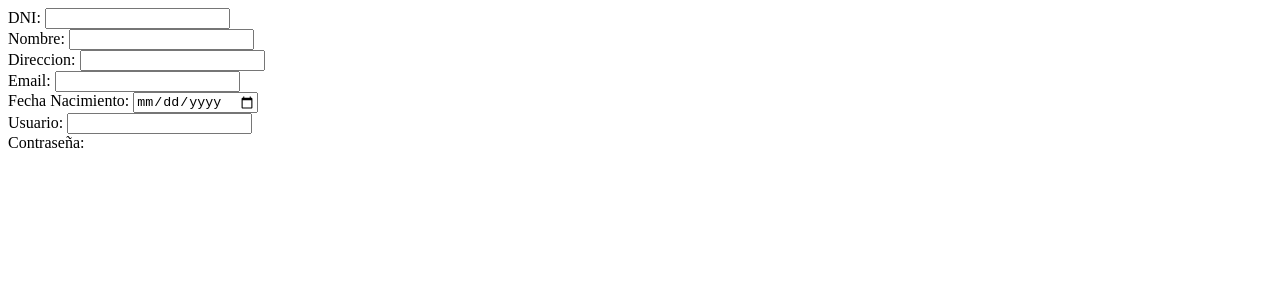
Repository: ProSoft-PDSI/sdsddo
Page: http://localhost/sdsr/Registro.jsp
These files come from the project's save history. The page is drawn as it stood at one moment and after the next save; the edit follows.
The browser window is 1280 px wide. The pictures show the whole page.
The page is served by Tomcat 9.

Above is the page before, as saved 2014-07-16 20:02:33.

After the next save:
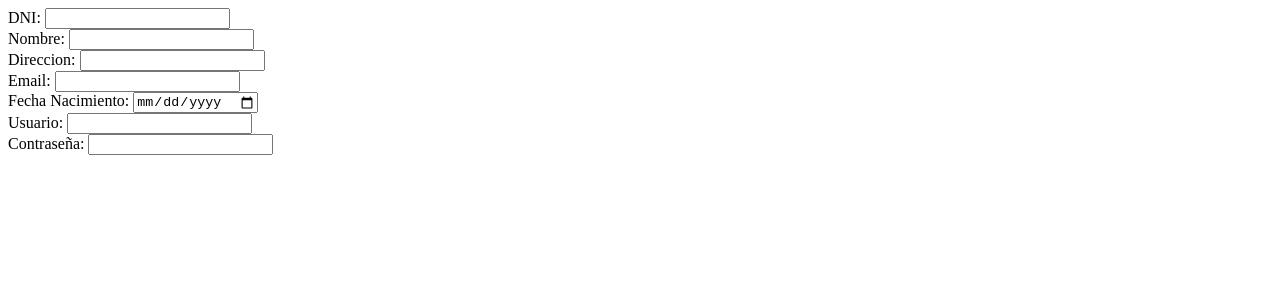
Saved 11 s later.
--- a/Web/sdsr/WebContent/Registro.jsp
+++ b/Web/sdsr/WebContent/Registro.jsp
@@ -29,7 +29,7 @@
 		<input type="text" name="usuario">
 		<br />
 		<label>Contraseña: </label>
-
+		<input type="text" name="contrasenia">
 	</form>
 </body>
 </html>
